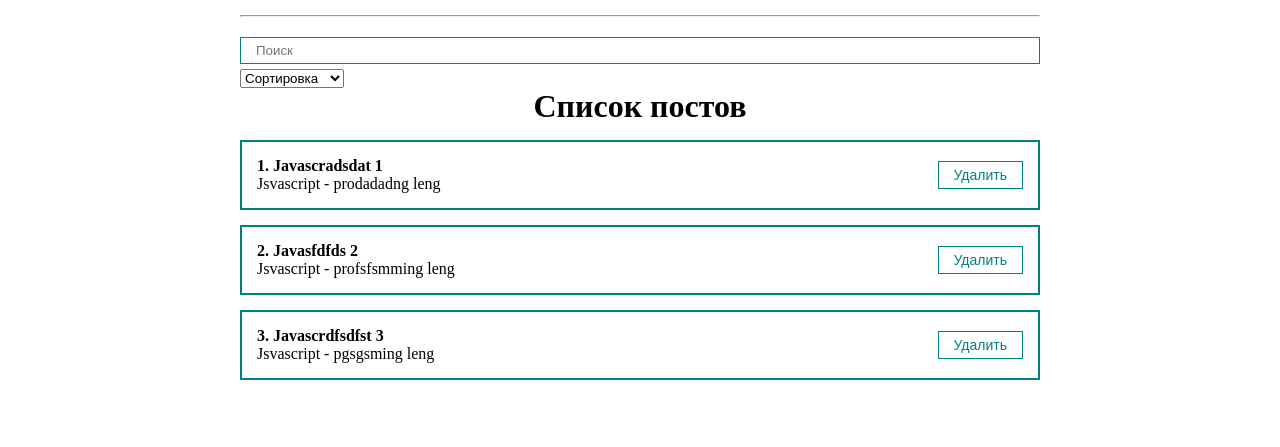
Repository: tsydikov/reactTodo
Page: /
The author's editor kept a copy of each file at every save. The page is drawn from the files as they stood at one save, then again after the next save.
The browser window is 1280 px wide. The pictures show the whole page.
The project was rebuilt for these pictures with package versions that can differ from the ones it lists, and the page was loaded fresh each time.

Above is the page before, as saved 2021-08-29 17:53:29.

After the next save:
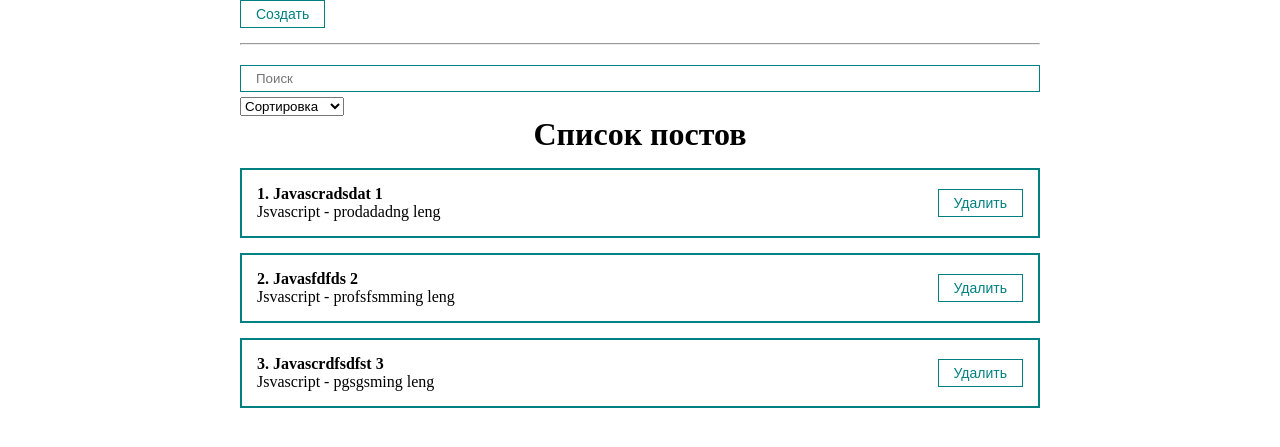
Saved 29 s later.
--- a/src/App.js
+++ b/src/App.js
@@ -3,6 +3,7 @@ import PostFilter from './components/PostFilter';
 import PostForm from './components/PostForm';
 import PostList from './components/PostList'
 import './styles/App.css'
+import MyButton from './UI/button/MyButton';
 import MyModal from './UI/MyModal/MyModal';
 
 function App() {
@@ -35,6 +36,9 @@ function App() {
 
   return (
     <div className="App">
+      <MyButton>
+        Создать
+      </MyButton>
       <MyModal visible={modal} setVisible={setModal}>
         <PostForm create={createPost} />
       </MyModal>
